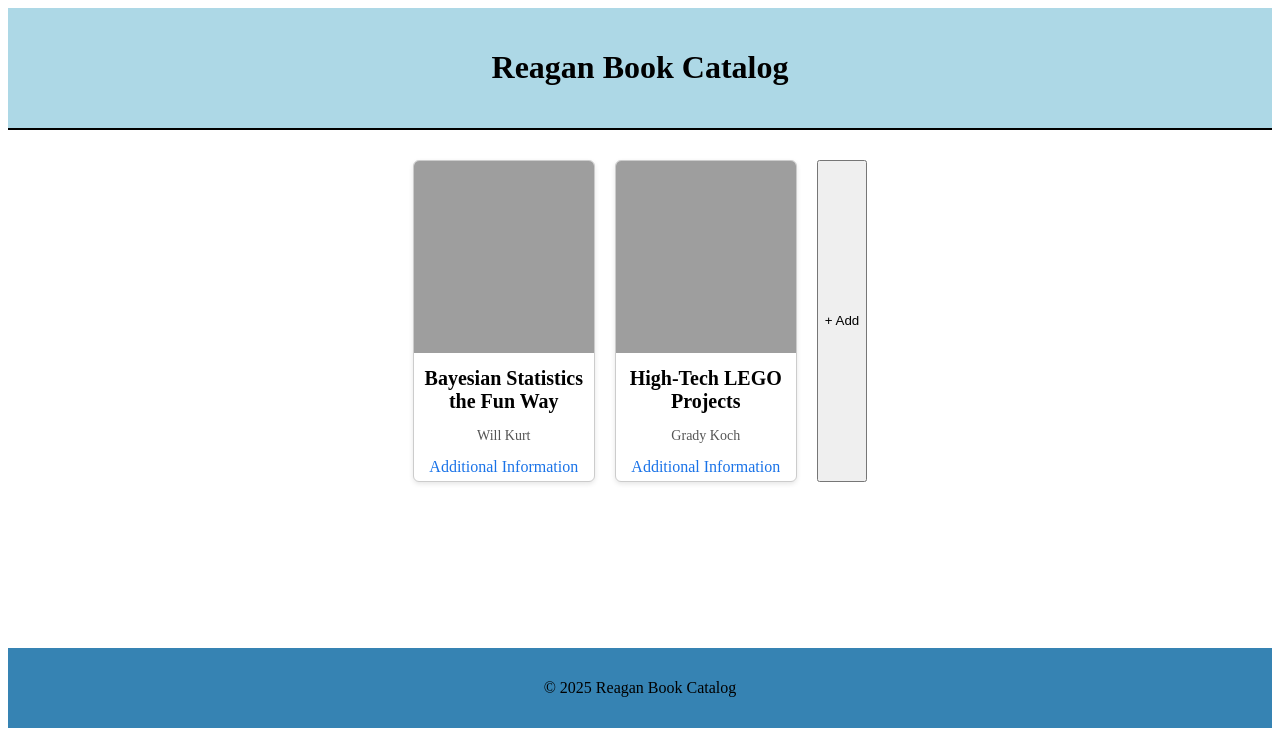
Repository: antyc0817/COMP-3170-Assignment-2-Reagan
Page: /
The author's editor kept a copy of each file at every save. The page is drawn from the files as they stood at one save, then again after the next save.
The browser window is 1280 px wide. The pictures show the whole page.
Pictures or frames that could not be fetched are drawn as grey boxes. The project was rebuilt for these pictures with package versions that can differ from the ones it lists, and the page was loaded fresh each time. Also part of the build but not shown: vite.config.js, src/index.css.

Above is the page before, as saved 2025-09-10 23:22:02.

After the next save:
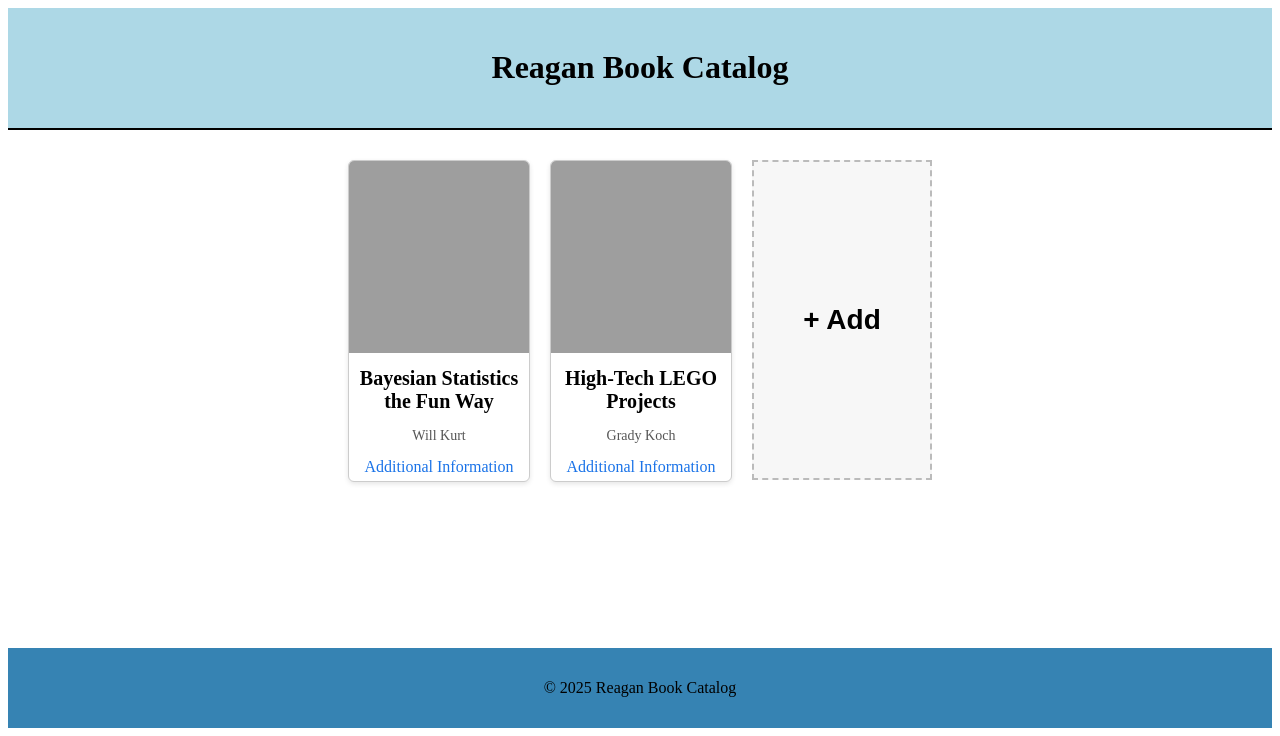
Saved 39 min 28 s later.
--- a/src/App.css
+++ b/src/App.css
@@ -75,3 +75,22 @@ footer {
     box-shadow: 0 5px 15px rgba(0, 0, 0, 0.2); /* Make shadow appear on hover */
     transition: transform 0.2s ease, box-shadow 0.2s ease; /* Make it transition smooth for transform and shadow */
 }
+
+.add-button {
+    width: var(--book-w);
+    height: var(--book-h);
+    display: flex;
+    align-items: center;
+    justify-content: center;
+    font-size: 28px;
+    font-weight: bold;
+    cursor: pointer;
+    border: 2px dashed #bbb;
+    background-color: #f7f7f7;
+    transition: transform 0.2s ease, box-shadow 0.2s ease;
+}
+
+.add-button:hover {
+    transform: scale(1.05);
+    box-shadow: 0 5px 15px rgba(0, 0, 0, 0.2);
+}
